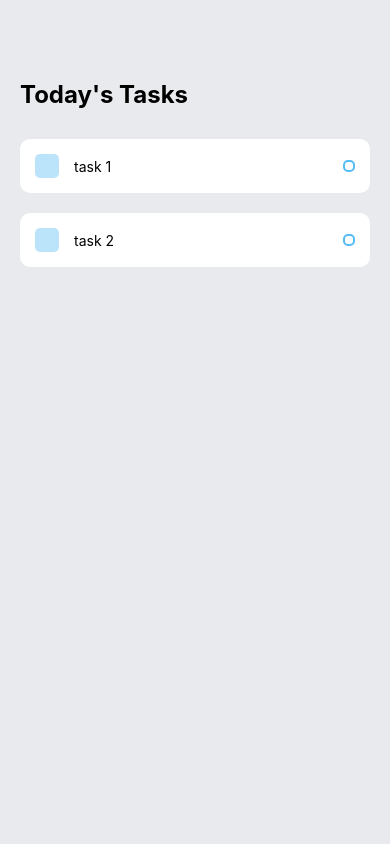
Repository: NT912/TodoList
Screen: /
These files come from the project's save history. The screen is drawn as it stood at one moment and after a run of saves; the edit follows.
The app was drawn by React Native's web renderer in a window 390 px wide. The project was rebuilt for these pictures with package versions that can differ from the ones it lists, and the page was loaded fresh each time.

Above is the screen before, as saved 2022-04-16 16:53:36.

After the next 3 saves:
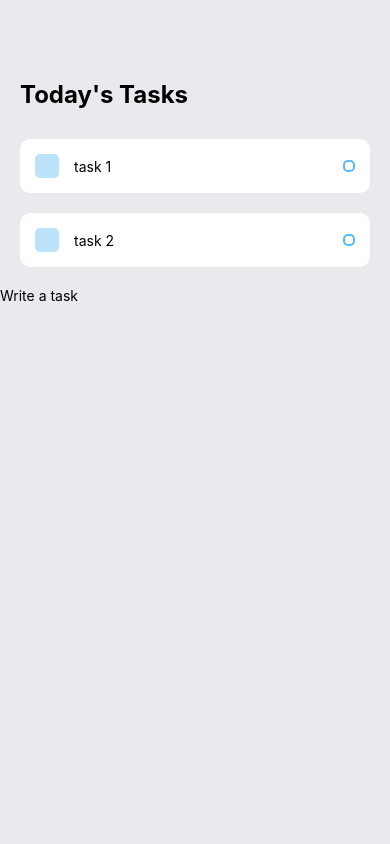
The 3 saves are shown as one change because 2 did not build or start.
The last was saved 2 min 53 s later.
--- a/App.js
+++ b/App.js
@@ -1,5 +1,5 @@
 import { StatusBar } from "expo-status-bar";
-import { StyleSheet, Text, View } from "react-native";
+import { StyleSheet, Text, View, TextInput } from "react-native";
 import { KeyboardAvoidingView, Platform } from "react-native-web";
 import Task from "./components/Task";
 
@@ -20,7 +20,9 @@
       <KeyboardAvoidingView
         behavior={Platform.OS === "ios" ? "padding" : "heigh"}
         style={styles.writeTaskWrapper}
-      ></KeyboardAvoidingView>
+      >
+        <TextInput style={styles.input} placeholder={"Write a task"} />
+      </KeyboardAvoidingView>
     </View>
   );
 }

After the save that followed:
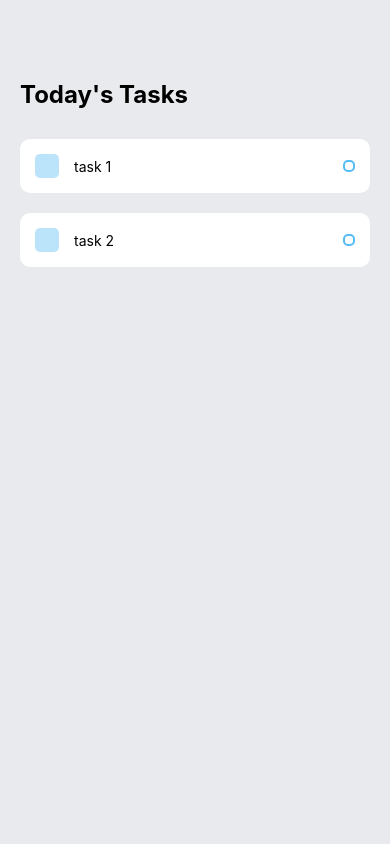
Saved 110 s later.
--- a/App.js
+++ b/App.js
@@ -17,12 +17,12 @@
       </View>
 
       {/* Write a task */}
-      <KeyboardAvoidingView
+      {/* <KeyboardAvoidingView
         behavior={Platform.OS === "ios" ? "padding" : "heigh"}
         style={styles.writeTaskWrapper}
       >
         <TextInput style={styles.input} placeholder={"Write a task"} />
-      </KeyboardAvoidingView>
+      </KeyboardAvoidingView> */}
     </View>
   );
 }
